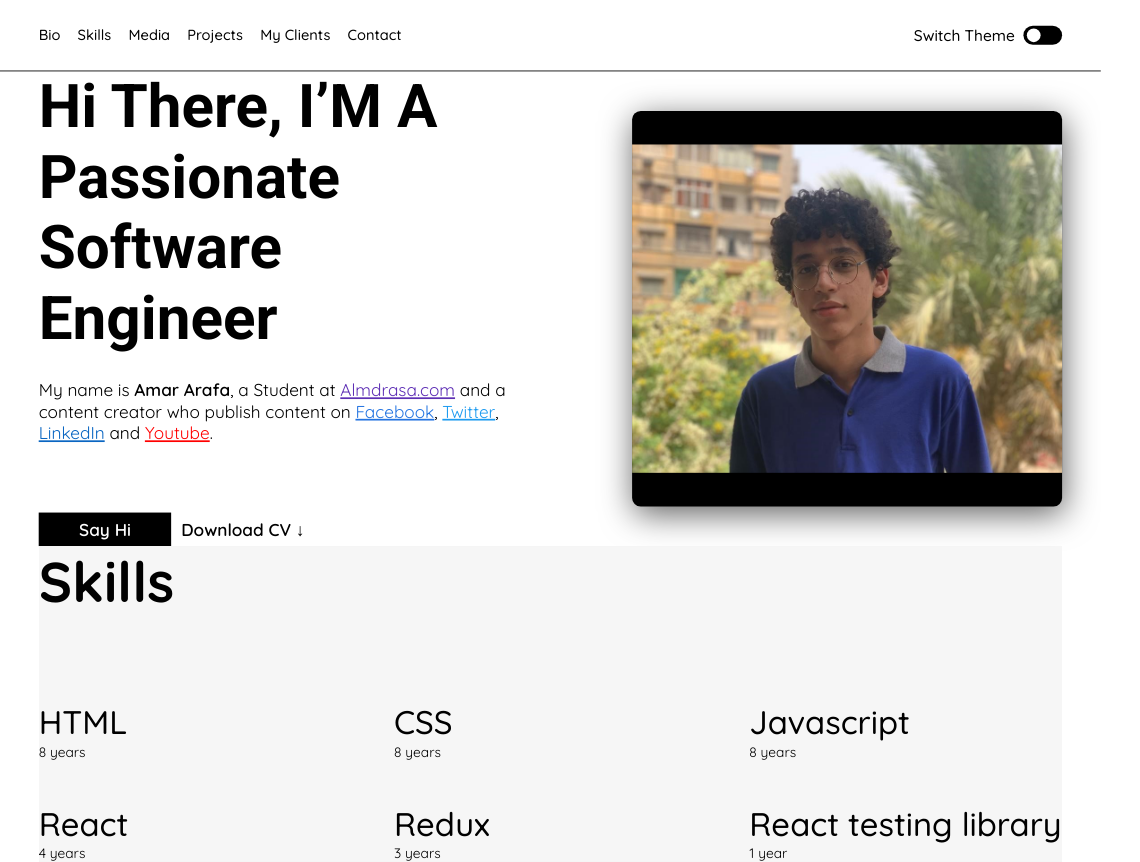
Repository: benarafa1/personal-website
Page: index.html
An editor plug-in stored every save of this project. The page is shown before and after the next save, followed by the edit.
The browser window is 1280 px wide. The page is 1280 px wide, then 1325 px, so the pictures cover 1325 px, including what lies to the right of the window. The pictures show the whole page, at 86% of full size.

Above is the page before, as saved 2025-04-12 16:26:06.

After the next save:
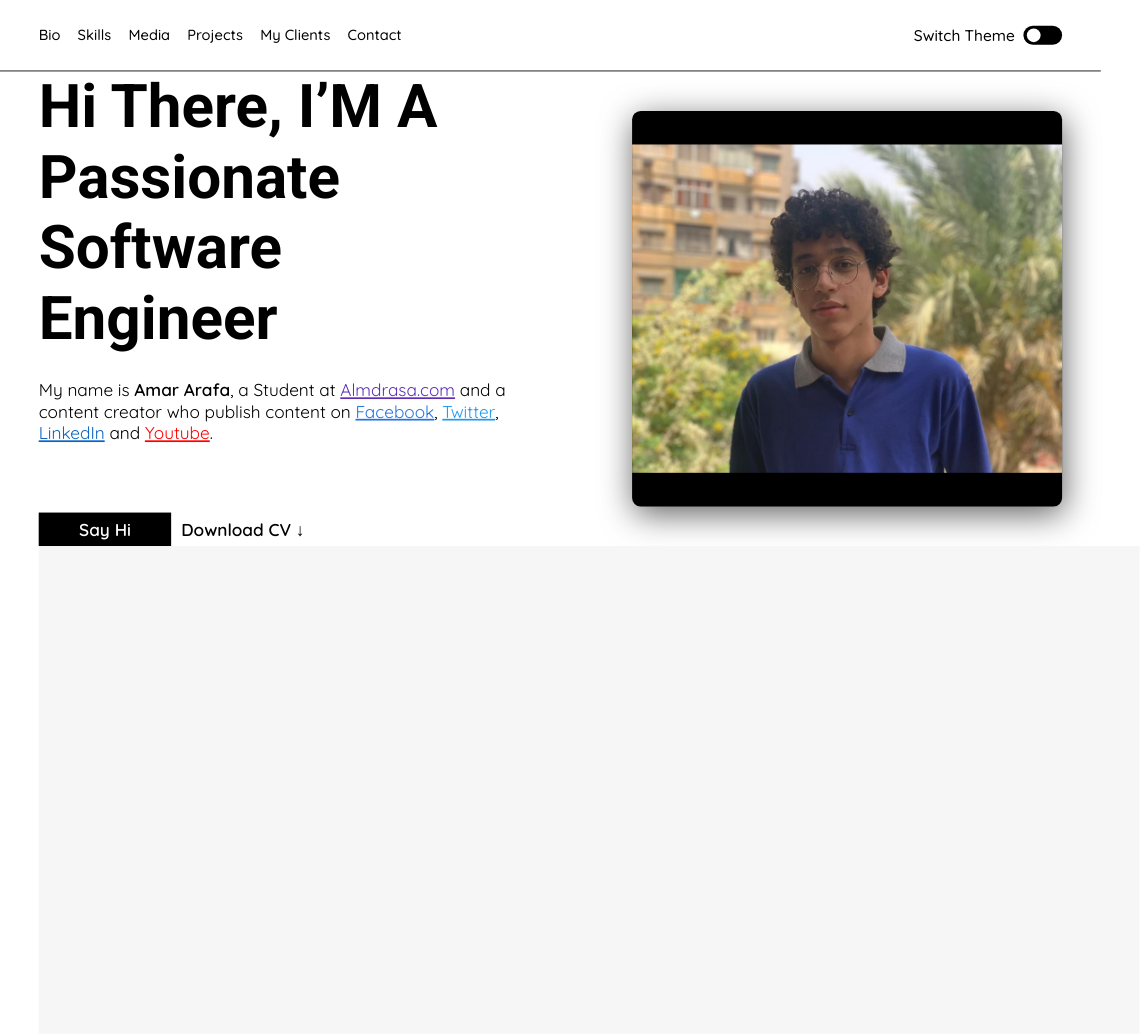
Saved 8 s later.
--- a/index.html
+++ b/index.html
@@ -67,7 +67,7 @@
           />
         </div>
       </section>
-      <section class="skills section">
+      <section class="skills section section-with-bg">
         <h2 class="h2__heading">Skills</h2>
         <div class="skills__languages">
           <div class="html">
